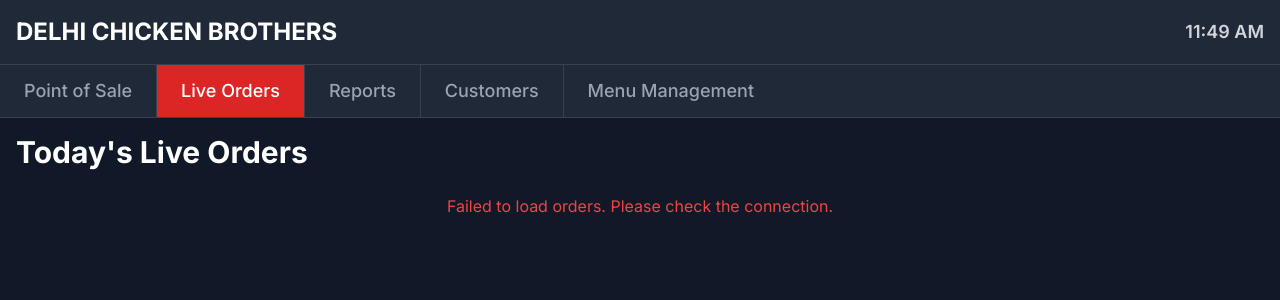
Repository: roydigital/dcb-pos-app
Page: live-orders.html
An editor plug-in stored every save of this project. The page is shown before and after the next save, followed by the edit.
The browser window is 1280 px wide. The pictures show the whole page.
The page's requests for data from a server got no answer. Some web libraries are served in a nearby version.

Above is the page before, as saved 2025-09-18 16:14:20.

After the next save:
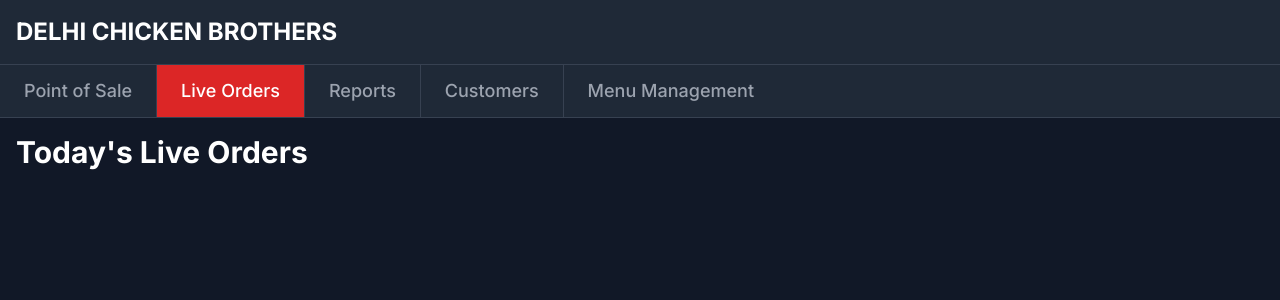
Console error: SyntaxError: Unexpected token '{'
Saved 22 s later.
--- a/live-orders.html
+++ b/live-orders.html
@@ -88,13 +88,13 @@
                             ${notesSection}
                             <p class="text-lg font-semibold text-white border-t border-gray-700 pt-2 mt-2">Total: ₹${order.totalAmount.toFixed(2)}</p>
                         </div>
-                        <button data-id="${order._id}" class="mark-delivered-btn w-full mt-4 bg-green-600 hover:bg-green-700 text-white font-bold py-2 px-4 rounded-lg">
-                            Mark as Delivered
-                        </button>
-                    `;
-                    grid.appendChild(card);
-                });
-            } catch (error) {
+                        <div class="flex space-x-2 mt-4">
+                            <button data-id="${order._id}" class="mark-delivered-btn w-full bg-green-600 hover:bg-green-700 text-white font-bold py-2 px-4 rounded-lg">
+                                Mark as Delivered
+                            </button>
+                            <button data-id="${order._id}" class="cancel-btn w-full bg-red-600 hover:bg-red-700 text-white font-bold py-2 px-4 rounded-lg">
+                                Cancel Order
+                            </button>
                 console.error('Failed to fetch orders:', error);
                 grid.innerHTML = '<p class="text-red-500 col-span-full text-center">Failed to load orders. Please check the connection.</p>';
             }

After the save that followed:
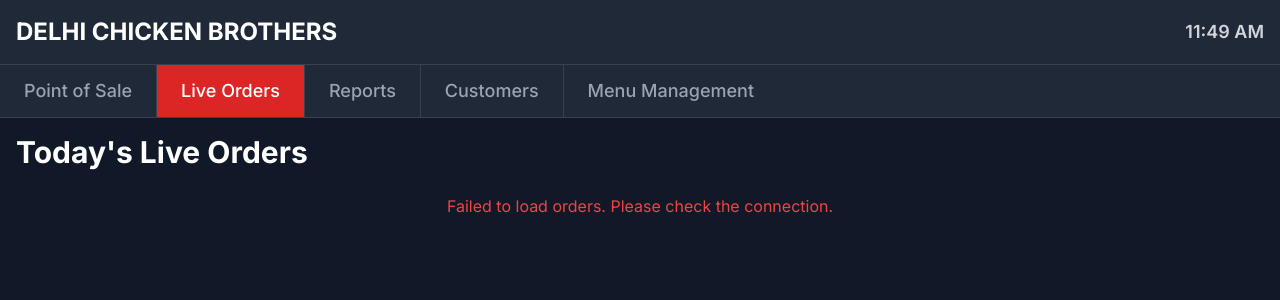
The error is gone.
Saved 4 s later.
--- a/live-orders.html
+++ b/live-orders.html
@@ -95,6 +95,11 @@
                             <button data-id="${order._id}" class="cancel-btn w-full bg-red-600 hover:bg-red-700 text-white font-bold py-2 px-4 rounded-lg">
                                 Cancel Order
                             </button>
+                        </div>
+                    `;
+                    grid.appendChild(card);
+                });
+            } catch (error) {
                 console.error('Failed to fetch orders:', error);
                 grid.innerHTML = '<p class="text-red-500 col-span-full text-center">Failed to load orders. Please check the connection.</p>';
             }
@@ -114,22 +119,36 @@
             updateTime();
             setInterval(updateTime, 1000); // Update time every second
 
-            // Event listener for marking orders as delivered
+            // Event listener for order actions
             document.getElementById('live-orders-grid').addEventListener('click', async (event) => {
-                if (event.target.classList.contains('mark-delivered-btn')) {
-                    const orderId = event.target.dataset.id;
+                const target = event.target;
+                const orderId = target.dataset.id;
+
+                if (target.classList.contains('mark-delivered-btn')) {
                     try {
                         const response = await fetch(`/api/orders/${orderId}/deliver`, {
                             method: 'PATCH',
                         });
-                        if (!response.ok) {
-                            throw new Error(`HTTP error! status: ${response.status}`);
-                        }
-                        // Refresh the orders list to reflect the change
+                        if (!response.ok) throw new Error('Failed to deliver order');
                         fetchAndDisplayOrders();
                     } catch (error) {
-                        console.error('Failed to mark order as delivered:', error);
-                        alert('Failed to update order status. Please try again.');
+                        console.error('Error delivering order:', error);
+                        alert('Failed to mark order as delivered.');
+                    }
+                }
+
+                if (target.classList.contains('cancel-btn')) {
+                    if (confirm('Are you sure you want to cancel this order?')) {
+                        try {
+                            const response = await fetch(`/api/orders/${orderId}/cancel`, {
+                                method: 'PATCH',
+                            });
+                            if (!response.ok) throw new Error('Failed to cancel order');
+                            fetchAndDisplayOrders();
+                        } catch (error) {
+                            console.error('Error canceling order:', error);
+                            alert('Failed to cancel order.');
+                        }
                     }
                 }
             });
